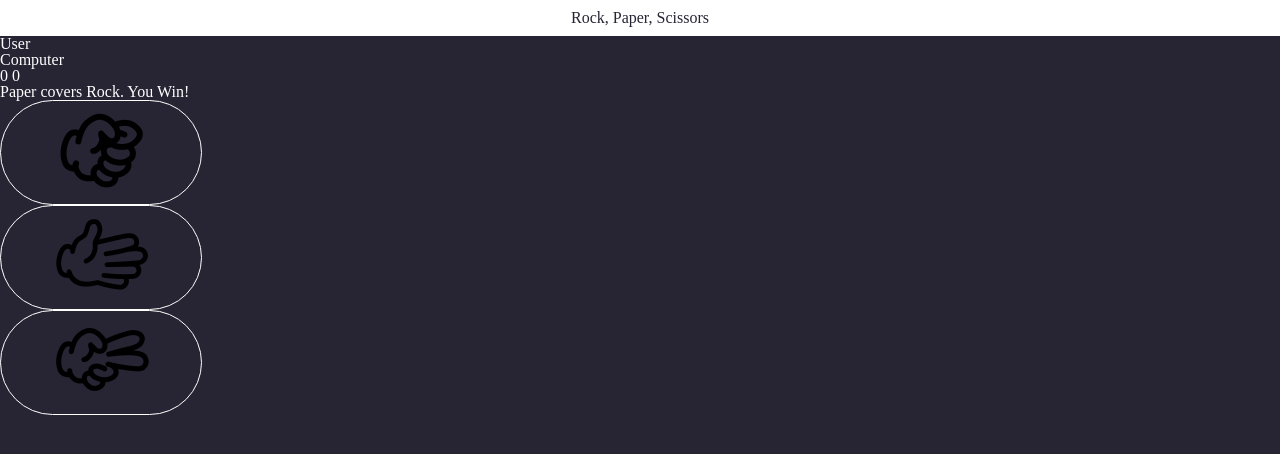
Repository: AndersonGuilherme/rock-paper-scissor-game-javascript
Page: index.html
An editor plug-in stored every save of this project. The page is shown before and after a run of saves, followed by the edit.
The browser window is 1280 px wide. The pictures show the whole page.

Above is the page before, as saved 2019-01-12 12:42:39.

### index.html
<!DOCTYPE html>
<html lang="en">
  <head>
    <meta charset="UTF-8" />
    <meta name="viewport" content="width=device-width, initial-scale=1.0" />
    <meta http-equiv="X-UA-Compatible" content="ie=edge" />
    <title>Rocket.io</title>
    <link rel="stylesheet" href="./src/public/css/reset.css" />
    <link rel="stylesheet" href="./src/public/css/style.css" />
  </head>
  <body>
    <header id="header"><h1>Rock, Paper, Scissors</h1></header>
    <div class="score-board">
      <div id="user-label" class="badge">User</div>
      <div id="computer-label" class="badge">Computer</div>
      <span id="user-score">0</span> <span id="computer-score">0</span>
    </div>
    <div class="result"><h1>Paper covers Rock. You Win!</h1></div>
    <div class="choices">
      <div class="choice"><img src="./src/public/images/rock.png" alt="" /></div>
      <div class="choice"><img src="./src/public/images/paper.png" alt="" /></div>
      <div class="choice"><img src="./src/public/images/scissor.png" alt="" /></div>
    </div>
  </body>
</html>

### src/public/css/style.css
body{
    background-color: #272433;
    color: #fff;
}

#header{
    background-color: #fff;
    color: #272433;
    text-align: center;
    padding: 10px;
}

.choice{
    border: 1px solid #fff;
    border-radius: 100px;
    text-align: center;
    max-width: 200px;
}

.choice>img{
    max-height: 100px
}

Loaded but not shown: src/public/css/reset.css (common file)

After the next 2 saves:
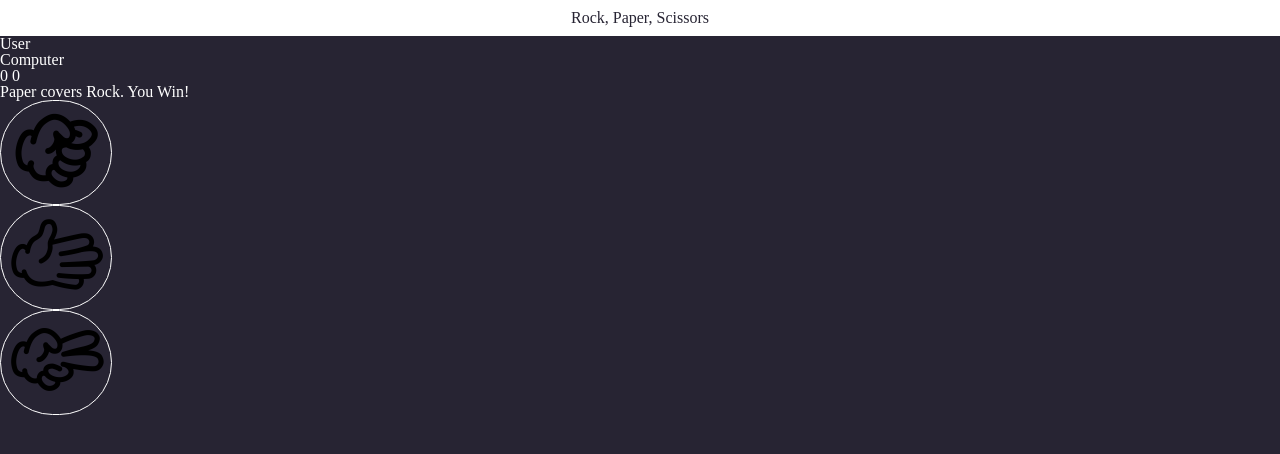
The 2 saves are shown as one change because they came seconds apart.
The last was saved 10 s later.
--- a/src/public/css/style.css
+++ b/src/public/css/style.css
@@ -14,7 +14,7 @@ body{
     border: 1px solid #fff;
     border-radius: 100px;
     text-align: center;
-    max-width: 200px;
+    max-width: 110px;
 }
 
 .choice>img{
